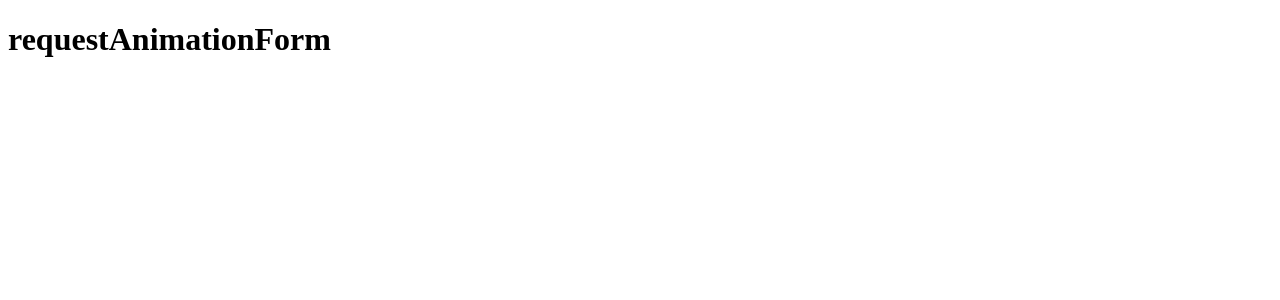
Repository: aobeid1979/small-ideas-
Page: Animation/index.html
An editor plug-in stored every save of this project. The page is shown before and after a run of saves, followed by the edit.
The browser window is 1280 px wide. The pictures show the whole page.

Above is the page before, as saved 2025-06-28 15:09:17.

### Animation/index.html
<!DOCTYPE html>
<html lang="en">
<head>
    <meta charset="UTF-8">
    <meta http-equiv="X-UA-Compatible" content="IE=edge">
    <meta name="viewport" content="width=device-width, initial-scale=1.0">
    <script src="script.js"></script>
    <title>requestAnimationForm</title>
</head>
<body>

    <h1>requestAnimationForm</h1>
    <img src=""

</body>
</html>

Loaded but not shown: Animation/script.js (no stored copy; drawn as an empty file)

After the next 3 saves:
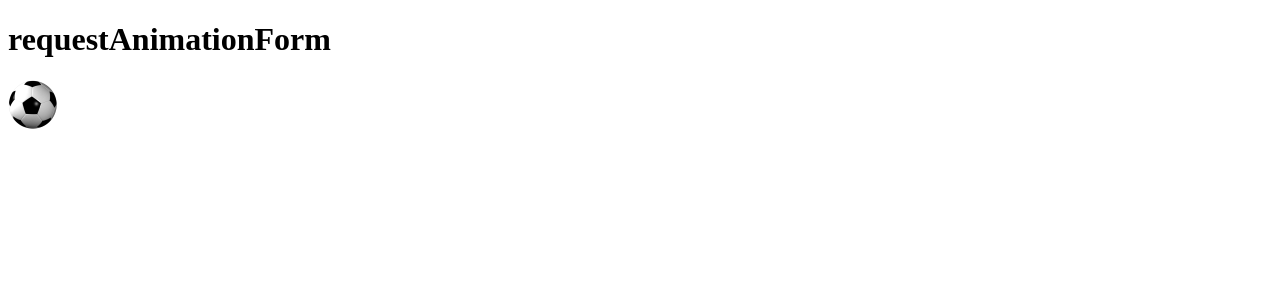
The 3 saves are shown as one change because they came seconds apart.
The last was saved 21 s later.
--- a/Animation/index.html
+++ b/Animation/index.html
@@ -10,7 +10,7 @@
 <body>
 
     <h1>requestAnimationForm</h1>
-    <img src=""
+    <img src="ball.png" alt="Ball" id="ball">
 
 </body>
 </html>
